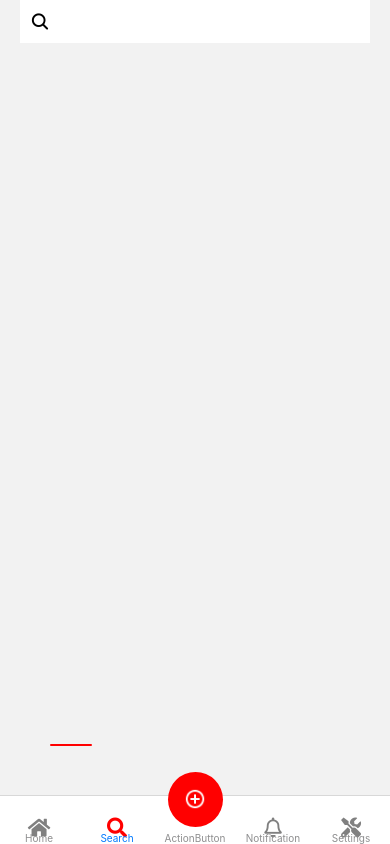
Repository: albertoue93/taller-react-native
Screen: /Search
These files come from the project's save history. The screen is drawn as it stood at one moment and after the next save; the edit follows.
The page's requests for data from a server got no answer. The app was drawn by React Native's web renderer in a window 390 px wide. The project was rebuilt for these pictures with package versions that can differ from the ones it lists, and the page was loaded fresh each time. No one was signed in, and anything a server would have sent is missing. Also part of the build but not shown: components/Card.js, screens/PaginaNueva.js, screens/PaginaNoti.js, screens/PaginaConfig.js.

Above is the screen before, as saved 2021-08-26 16:52:00.

### App.js
import { StatusBar } from 'expo-status-bar';
import React from 'react';
import { StyleSheet, Text, View, Animated, Dimensions, Image, TouchableOpacity, Platform } from 'react-native';

import 'react-native-gesture-handler';
import { NavigationContainer } from '@react-navigation/native';
import { createBottomTabNavigator } from '@react-navigation/bottom-tabs';

import plus from './assets/plus.png';

import { FontAwesome5 } from '@expo/vector-icons';
import { useRef } from 'react';

import PaginaHome from './screens/PaginaHome';
import PaginaBuscar from './screens/PaginaSearch';
import PaginaNueva from './screens/PaginaNueva';
import PaginaNoti from './screens/PaginaNoti';
import PaginaConfig from './screens/PaginaConfig';

const Tab = createBottomTabNavigator();

export default function App() {

  const tabOffsetValue = useRef(new Animated.Value(0)).current;

  return (
    <NavigationContainer>
      <Tab.Navigator TabBarOption={{
        showLabel: false,
        style: {
          backgroundColor: 'white',
          position: 'absolute',
          bottom: 40,
          marginHorizontal: 20,
          bright: 60,
          borderRadiues: '#000',
          shadowOpacity: 0.06,
          shadowOffset: {
            width:10,
            height:10
          },
          paddingHorizontal: 29,
        }
      }}>
    <Tab.Screen name={"Home"} component={PaginaHome} options={{
          tabBarIcon: ({ focused }) => (
            <View style={{
              position:'absolute',
              top:20
            }}>
              <FontAwesome5
              name="home"
              size={20}
              color={ focused ? 'red' : 'gray' }
              ></FontAwesome5>
            </View>
          )
        }} listeners = {({ navigation, route }) => ({
          tabPress: e => {
            Animated.spring(tabOffsetValue, {
              toValue:0,
              useNativeDriver:true
            }).start();
          }
        })}></Tab.Screen>

    <Tab.Screen name={"Search"} component={PaginaBuscar} options={{
          tabBarIcon: ({ focused }) => (
            <View style={{
              position:'absolute',
              top:20
            }}>
              <FontAwesome5
              name="search"
              size={20}
              color={ focused ? 'red' : 'gray' }
              ></FontAwesome5>
            </View>
          )
        }} listeners = {({ navigation, route }) => ({
          tabPress: e => {
            Animated.spring(tabOffsetValue, {
              toValue:0,
              useNativeDriver:true
            }).start();
          }
        })}></Tab.Screen>

    <Tab.Screen name={"ActionButton"} component={PaginaNueva} options={{
          tabBarIcon: ({ focused }) => (
            <View style={{
              width:55,
              height:55,
              backgroundColor: 'red',
              borderRadius:30,
              justifyContent: 'center',
              alignItems: 'center',
              marginBottom: Platform.OS == "android" ? 50 : 30
            }}>
              <Image source={plus} style={{
                width:22,
                height:22,
                tintColor: 'white'
              }}></Image>
            </View>
          )
        }} listeners = {({ navigation, route }) => ({
          tabPress: e => {
            Animated.spring(tabOffsetValue, {
              toValue:0,
              useNativeDriver:true
            }).start();
          }
        })}></Tab.Screen>

    <Tab.Screen name={"Notification"} component={PaginaNoti} options={{
          tabBarIcon: ({ focused }) => (
            <View style={{
              position:'absolute',
              top:20
            }}>
              <FontAwesome5
              name="bell"
              size={20}
              color={ focused ? 'red' : 'gray' }
              ></FontAwesome5>
            </View>
          )
        }} listeners = {({ navigation, route }) => ({
          tabPress: e => {
            Animated.spring(tabOffsetValue, {
              toValue:0,
              useNativeDriver:true
            }).start();
          }
        })}></Tab.Screen>

    <Tab.Screen name={"Settings"} component={PaginaConfig} options={{
          tabBarIcon: ({ focused }) => (
            <View style={{
              position:'absolute',
              top:20
            }}>
              <FontAwesome5
              name="tools"
              size={20}
              color={ focused ? 'red' : 'gray' }
              ></FontAwesome5>
            </View>
          )
        }} listeners = {({ navigation, route }) => ({
          tabPress: e => {
            Animated.spring(tabOffsetValue, {
              toValue:0,
              useNativeDriver:true
            }).start();
          }
        })}></Tab.Screen>

      </Tab.Navigator>

      <Animated.View style={{
        width: getWidth() - 20,
        height: 2,
        backgroundColor: 'red',
        position: 'absolute',
        bottom:98,
        left:50,
        borderRadius:20,
        transform: [{
          translateX: tabOffsetValue
        }
      ]
      }}>

      </Animated.View>

    </NavigationContainer>
  );
}

function getWidth(){
  let witdh = Dimensions.get("window").width

  witdh = witdh - 80

  return witdh / 5
}
/*
function PaginaHome(){
  return(
    <View style={{
      flex:1,
      justifyContent: 'center',
      alignItems: 'center'
    }}>
      <Text>Página Principal</Text>
    </View>
  )
}

function PaginaBuscar(){
  return(
    <View style={{
      flex:1,
      justifyContent: 'center',
      alignItems: 'center'
    }}>
      <Text>Página Buscar</Text>
    </View>
  )
}

function PaginaNueva(){
  return(
    <View style={{
      flex:1,
      justifyContent: 'center',
      alignItems: 'center'
    }}>
      <Text>Página Nueva</Text>
    </View>
  )
}

function PaginaNoti(){
  return(
    <View style={{
      flex:1,
      justifyContent: 'center',
      alignItems: 'center'
    }}>
      <Text>Página Notificacion</Text>
    </View>
  )
}

function PaginaConfig(){
  return(
    <View style={{
      flex:1,
      justifyContent: 'center',
      alignItems: 'center'
    }}>
      <Text>Página Configuracion</Text>
    </View>
  )
}
*/
const styles = StyleSheet.create({
  container: {
    flex: 1,
    backgroundColor: '#fff',
    alignItems: 'center',
    justifyContent: 'center',
  },
});

### screens/PaginaHome.js
import React, {Component} from 'react';
import { Text, View, FlatList, ScrollView } from 'react-native';

import Lista from '../components/Card'

class PaginaHome extends Component {

    state = {
        data:[]
    }

    async componentWillMount(){
        await this.retornarEmp()
    }

    async retornarEmp(){
        const res = await fetch('https://zm3x36i1inftpll-listica.adb.us-phoenix-1.oraclecloudapps.com/ords/smart_log/smart/empleados')
        const data = await res.json()

        this.setState({ data })
    }

    render() {
        const { data } = this.state;
        console.log(data);
        return(
            <View style={{
              flex:1,
              justifyContent: 'center',
              alignItems: 'center'
            }}>
                <ScrollView style={{ width:"100%",height:"75%"}} contentContainerStyle={{flexWrap:"wrap",justifyContent:"center"}}>
                    <FlatList data={data.items}
                    keyExtractor={({id},index) => id}
                    renderItem={({item }) => (
                        <Lista name={item.nombre}/>
                    )}/>

                </ScrollView>
            </View>
          );
    }
}

export default PaginaHome;

### screens/PaginaSearch.js
import React, { Component } from 'react';
import { Text, View, SafeAreaView, TextInput, Platform } from 'react-native';

import Icon from 'react-native-vector-icons/Ionicons'
class PaginaSearch extends Component {
    render() {
        return (
            <SafeAreaView style={{ flex: 1 }}>
                <View style={{ flex: 1 }}>
                    <View style={{
                        flexDirection: 'row', padding: 10,
                        backgroundColor: 'white', marginHorizontal: 20,
                        shadowOffset: { width: 0, height: 0 },
                        shadowColor: 'black',
                        shadowOpacity: 0.2,
                        elevation: 1,
                        marginTop: Platform.OS ==  'android' ? 30 : null
                    }}>
                        <Icon name="ios-search" size={ 20 } style={{ marginRight: 10 }} />
                        <TextInput
                            />
                    </View>
                </View>
            </SafeAreaView>
        );
    }
}

export default PaginaSearch;

After the next save:
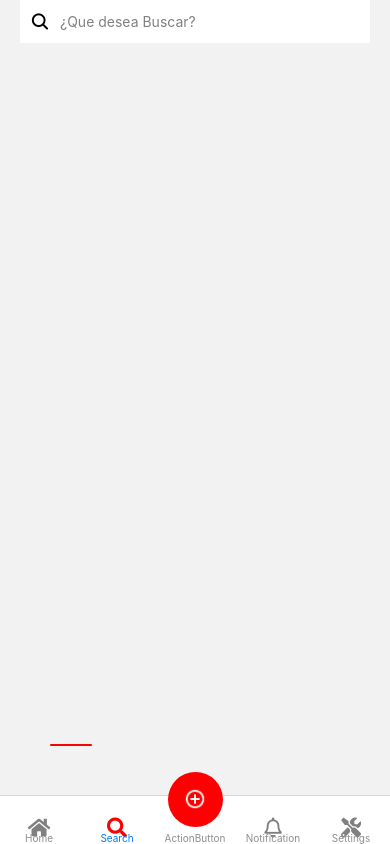
Saved 38 s later.
--- a/screens/PaginaSearch.js
+++ b/screens/PaginaSearch.js
@@ -18,7 +18,10 @@
                     }}>
                         <Icon name="ios-search" size={ 20 } style={{ marginRight: 10 }} />
                         <TextInput
-                            />
+                            underlineColorAndroid="transparent"
+                            placeholder="¿Que desea Buscar?"
+                            placeholderTextColor="gray"
+                            style={{ flex: 1, fontSize: '700', backgroundColor: 'white' }} />
                     </View>
                 </View>
             </SafeAreaView>

After the save that followed:
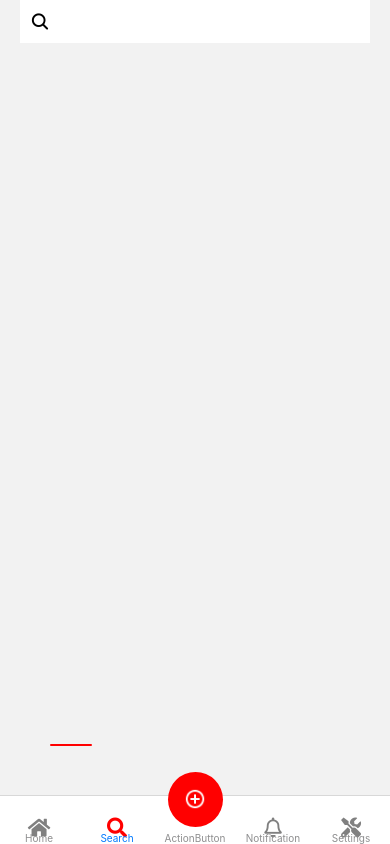
Saved 6 s later.
--- a/screens/PaginaSearch.js
+++ b/screens/PaginaSearch.js
@@ -18,10 +18,7 @@
                     }}>
                         <Icon name="ios-search" size={ 20 } style={{ marginRight: 10 }} />
                         <TextInput
-                            underlineColorAndroid="transparent"
-                            placeholder="¿Que desea Buscar?"
-                            placeholderTextColor="gray"
-                            style={{ flex: 1, fontSize: '700', backgroundColor: 'white' }} />
+                            />
                     </View>
                 </View>
             </SafeAreaView>
